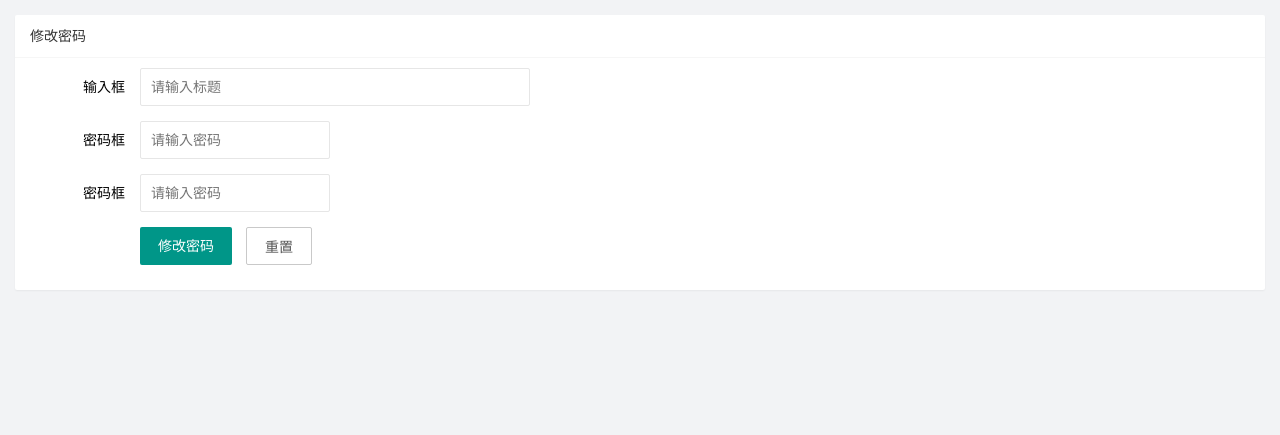
Repository: R1Deemo/Main-project
Page: user/user_pwd.html
These files come from the project's save history. The page is drawn as it stood at one moment and after the next save; the edit follows.
The browser window is 1280 px wide. The pictures show the whole page.

Above is the page before, as saved 2022-10-31 09:21:17.

### user/user_pwd.html
<!DOCTYPE html>
<html lang="en">

<head>
    <meta charset="UTF-8">
    <meta http-equiv="X-UA-Compatible" content="IE=edge">
    <meta name="viewport" content="width=device-width, initial-scale=1.0">
    <title>Document</title>
    <link rel="stylesheet" href="/assets/lib/layui/css/layui.css">
    <link rel="stylesheet" href="/assets/css/user/user_pwd.css">
</head>

<body>
    <div class="layui-card">
        <div class="layui-card-header">修改密码</div>
        <div class="layui-card-body">
            <form class="layui-form">
                <div class="layui-form-item">
                    <label class="layui-form-label">输入框</label>
                    <div class="layui-input-block">
                        <input type="text" name="title" required lay-verify="required" placeholder="请输入标题" autocomplete="off" class="layui-input">
                    </div>
                </div>
                <div class="layui-form-item">
                    <label class="layui-form-label">密码框</label>
                    <div class="layui-input-inline">
                        <input type="password" name="password" required lay-verify="required" placeholder="请输入密码" autocomplete="off" class="layui-input">
                    </div>
                </div>
                <div class="layui-form-item">
                    <label class="layui-form-label">密码框</label>
                    <div class="layui-input-inline">
                        <input type="password" name="password" required lay-verify="required" placeholder="请输入密码" autocomplete="off" class="layui-input">
                    </div>
                </div>
                <div class="layui-form-item">
                    <div class="layui-input-block">
                        <button class="layui-btn" lay-submit lay-filter="formDemo">修改密码</button>
                        <button type="reset" class="layui-btn layui-btn-primary">重置</button>
                    </div>
                </div>
            </form>
        </div>
    </div>

</body>

</html>

Loaded but not shown: assets/lib/layui/css/layui.css (library); assets/css/user/user_pwd.css (common file)

After the next save:
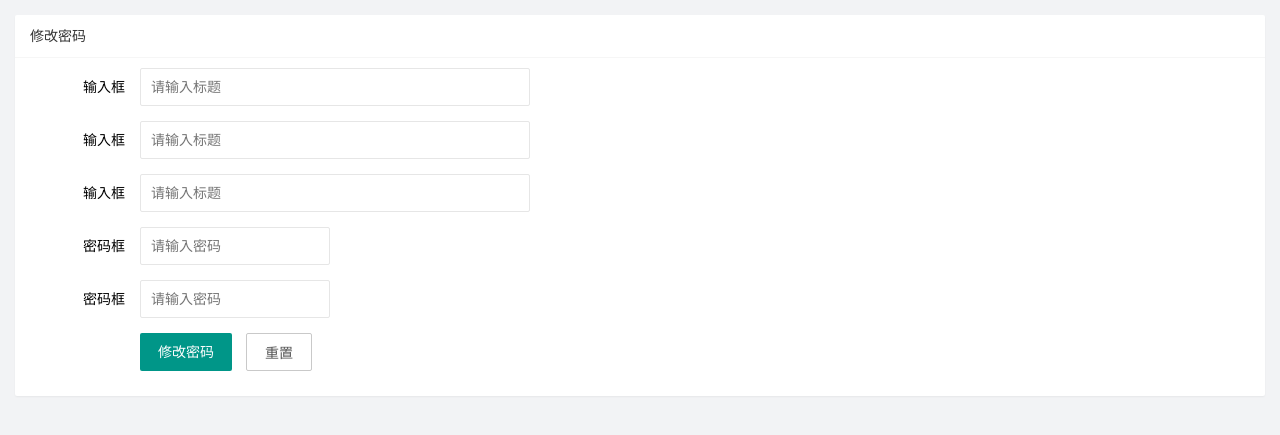
Saved 21 s later.
--- a/user/user_pwd.html
+++ b/user/user_pwd.html
@@ -15,6 +15,18 @@
         <div class="layui-card-header">修改密码</div>
         <div class="layui-card-body">
             <form class="layui-form">
+                <div class="layui-form-item">
+                    <label class="layui-form-label">输入框</label>
+                    <div class="layui-input-block">
+                        <input type="text" name="title" required lay-verify="required" placeholder="请输入标题" autocomplete="off" class="layui-input">
+                    </div>
+                </div>
+                <div class="layui-form-item">
+                    <label class="layui-form-label">输入框</label>
+                    <div class="layui-input-block">
+                        <input type="text" name="title" required lay-verify="required" placeholder="请输入标题" autocomplete="off" class="layui-input">
+                    </div>
+                </div>
                 <div class="layui-form-item">
                     <label class="layui-form-label">输入框</label>
                     <div class="layui-input-block">

After the save that followed:
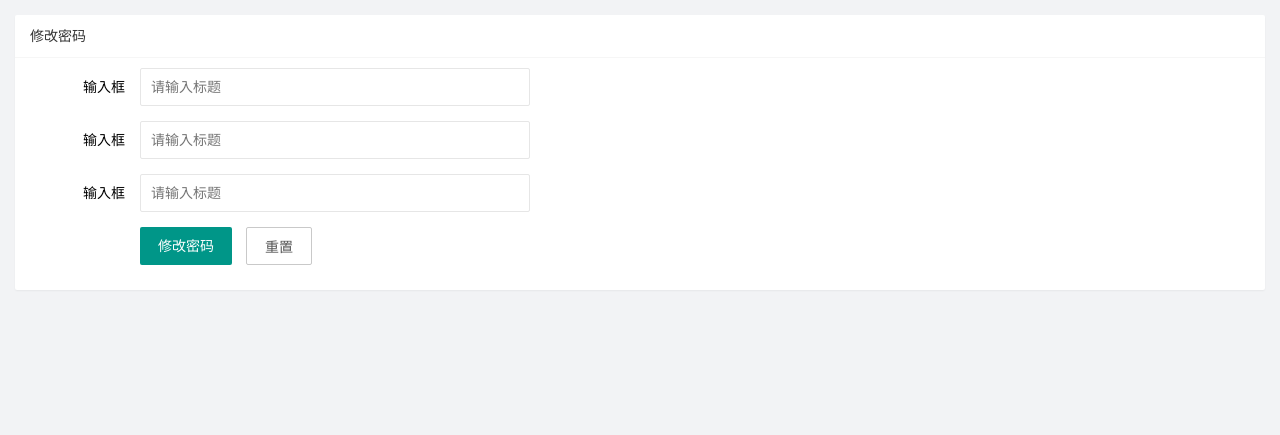
Saved 5 s later.
--- a/user/user_pwd.html
+++ b/user/user_pwd.html
@@ -33,18 +33,7 @@
                         <input type="text" name="title" required lay-verify="required" placeholder="请输入标题" autocomplete="off" class="layui-input">
                     </div>
                 </div>
-                <div class="layui-form-item">
-                    <label class="layui-form-label">密码框</label>
-                    <div class="layui-input-inline">
-                        <input type="password" name="password" required lay-verify="required" placeholder="请输入密码" autocomplete="off" class="layui-input">
-                    </div>
-                </div>
-                <div class="layui-form-item">
-                    <label class="layui-form-label">密码框</label>
-                    <div class="layui-input-inline">
-                        <input type="password" name="password" required lay-verify="required" placeholder="请输入密码" autocomplete="off" class="layui-input">
-                    </div>
-                </div>
+
                 <div class="layui-form-item">
                     <div class="layui-input-block">
                         <button class="layui-btn" lay-submit lay-filter="formDemo">修改密码</button>
